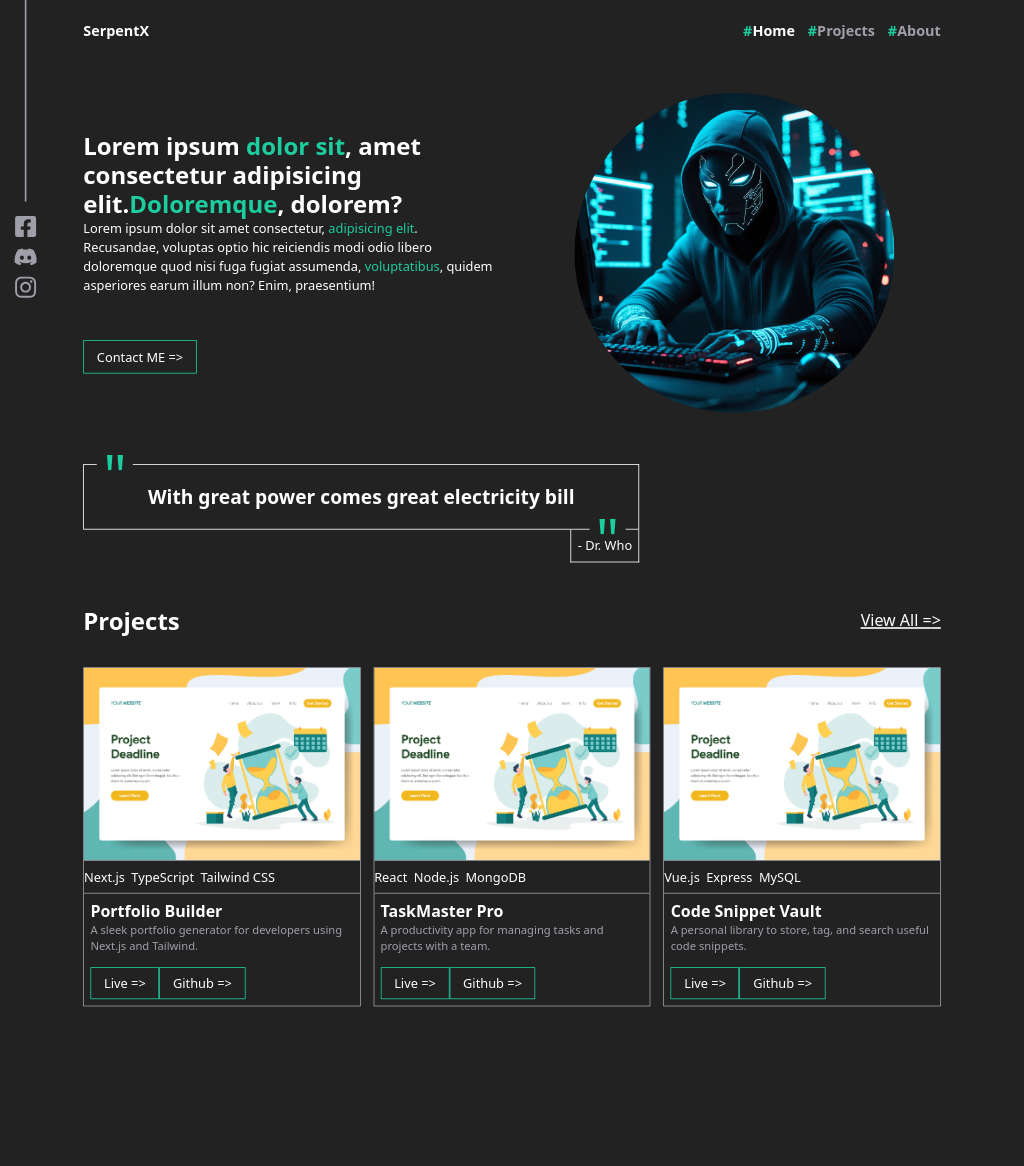
Repository: SERPENTX03/Portfolio-Tutorial
Page: /
An editor plug-in stored every save of this project. The page is shown before and after a run of saves, followed by the edit.
The browser window is 1280 px wide. The pictures show the whole page, at 80% of full size.
The project was rebuilt for these pictures with package versions that can differ from the ones it lists, and the page was loaded fresh each time. The framework's server and built-in components were replaced by stand-ins that run in the browser. Also part of the build but not shown: next.config.ts.

Above is the page before, as saved 2025-04-19 21:25:04.

After the next 2 saves:
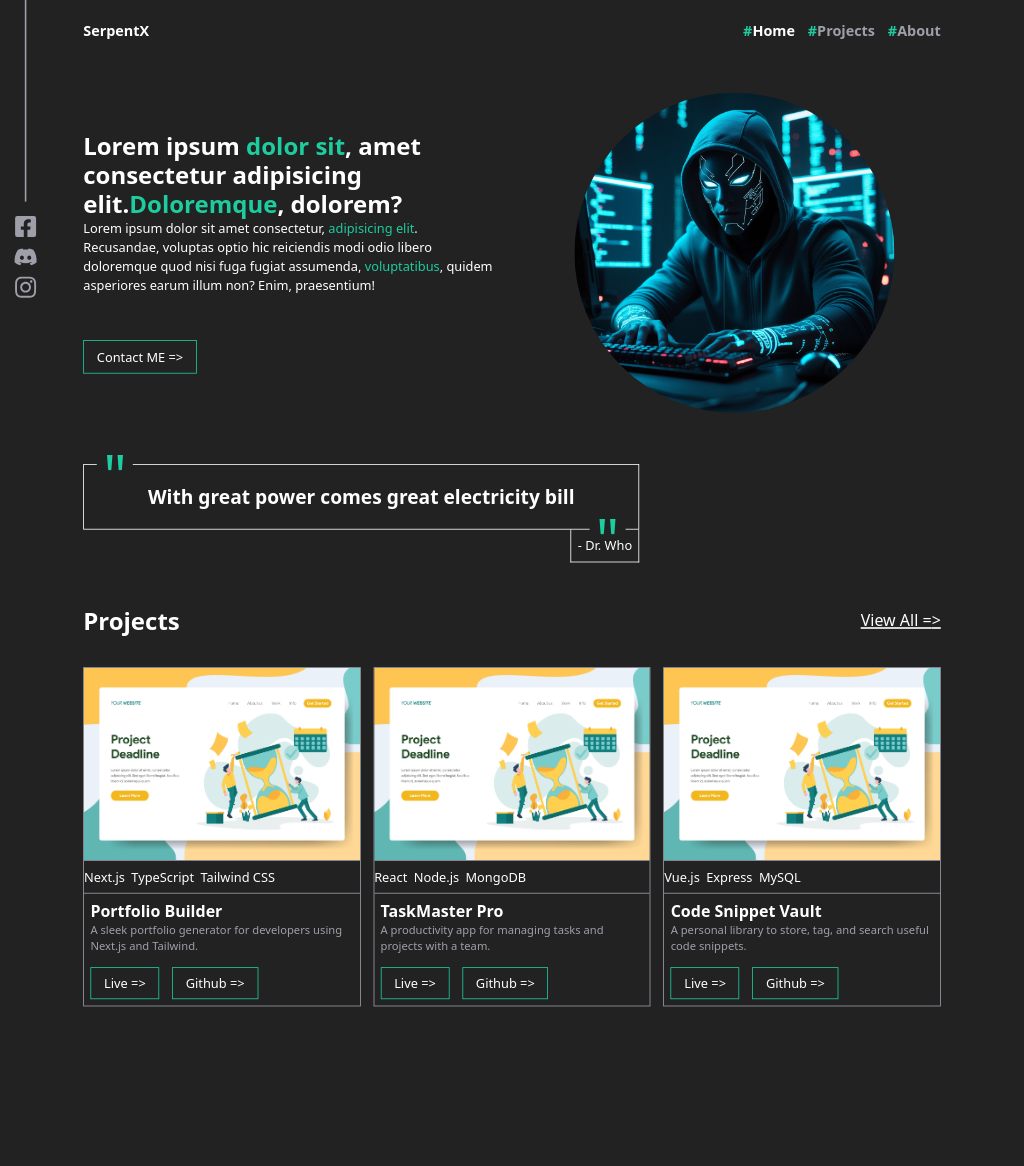
The 2 saves are shown as one change because they came seconds apart.
The last was saved 7 s later.
--- a/components/Projects.tsx
+++ b/components/Projects.tsx
@@ -31,7 +31,7 @@ const Projects = () => {
               <p className="text-sm text-text">{project.description}</p>
             </div>
             <div className="flex p-2">
-              <div className="py-2 gap-2 ">
+              <div className="py-2 space-x-4">
                 <Link href="/projects" className="hover-btn">
                   Live ={">"}
                 </Link>
